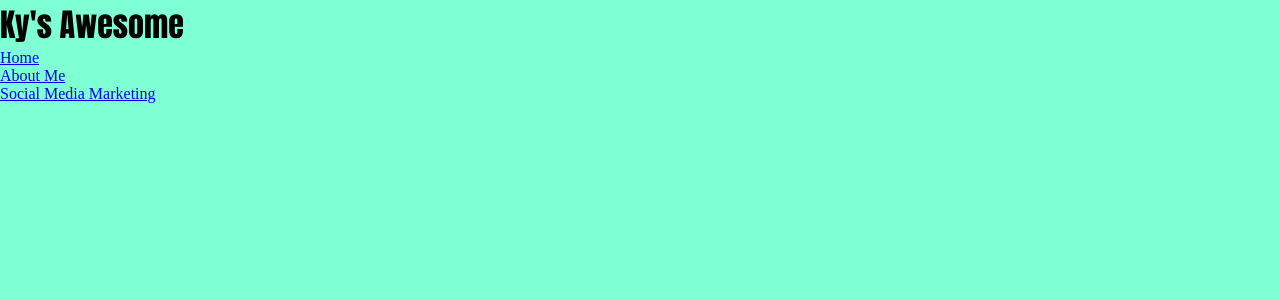
Repository: monicaifijeh/test2
Page: kyportfolio/src/index.html
These files come from the project's save history. The page is drawn as it stood at one moment and after the next save; the edit follows.
The browser window is 1280 px wide. The pictures show the whole page.

Above is the page before, as saved 2024-12-18 19:37:54.

### kyportfolio/src/index.html
<!DOCTYPE html>
<html lang="en">
  <head>
    <meta charset="UTF-8" />
    <meta name="viewport" content="width=device-width, initial-scale=1.0" />
    <title>Ky's Portfolio</title>
    <link rel="stylesheet" href="mystyleOne.css" />
  </head>

  <body>
    <h1>Ky's Awesome</h1>
    <nav>
      <ul>
        <li><a href="#search-engine-optimization">Home</a></li>
        <li><a href="#online-reputation-management">About Me</a></li>
        <li><a href="#social-media-marketing">Social Media Marketing</a></li>
      </ul>
    </nav>
  </body>
</html>

### kyportfolio/src/mystyleOne.css
/* applies to the whole webpage*/
* {
    box-sizing: border-box;
    padding: 0;
    margin: 0;
}

/* applies to the body of the webpage*/
body{
    background-color: aquamarine;
}

/* applies to the headings of the webpage*/
h1{
    color: black; font-family: Impact, Haettenschweiler, 'Arial Narrow Bold', sans-serif;
}

After the next save:
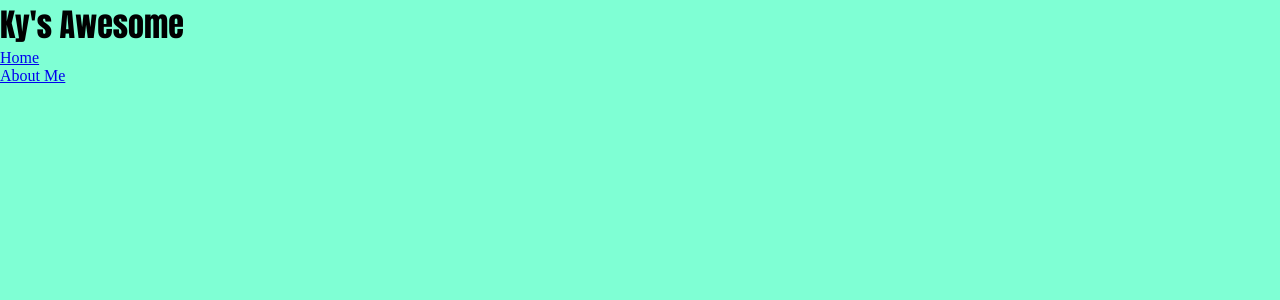
Saved 54 s later.
--- a/kyportfolio/src/index.html
+++ b/kyportfolio/src/index.html
@@ -13,7 +13,6 @@
       <ul>
         <li><a href="#search-engine-optimization">Home</a></li>
         <li><a href="#online-reputation-management">About Me</a></li>
-        <li><a href="#social-media-marketing">Social Media Marketing</a></li>
       </ul>
     </nav>
   </body>
